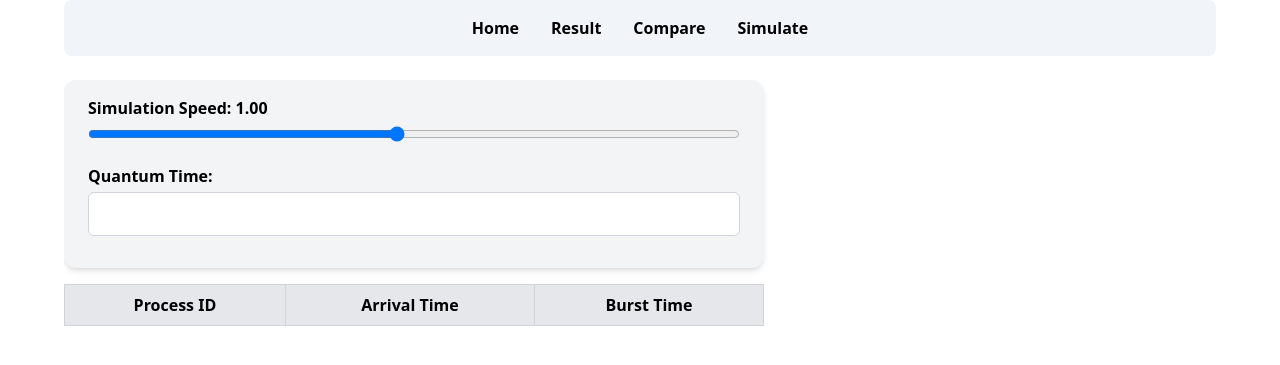
Repository: ujjwalkathait/Process_Scheduler
Page: /simulate
The author's editor kept a copy of each file at every save. The page is drawn from the files as they stood at one save, then again after a run of saves.
The browser window is 1280 px wide. The pictures show the whole page.
The project was rebuilt for these pictures with package versions that can differ from the ones it lists, and the page was loaded fresh each time. Also part of the build but not shown: vite.config.js, src/components/CompareAlgorithmsChart.jsx, src/components/GanttChart.jsx, src/components/GanttChartTable.jsx, src/helpers/ComputeStatistics.js, src/algorithms/FCFS.js, src/algorithms/SJF.js, src/algorithms/Priority.js and 15 more.

Above is the page before, as saved 2025-05-16 08:45:52.

After the next 2 saves:
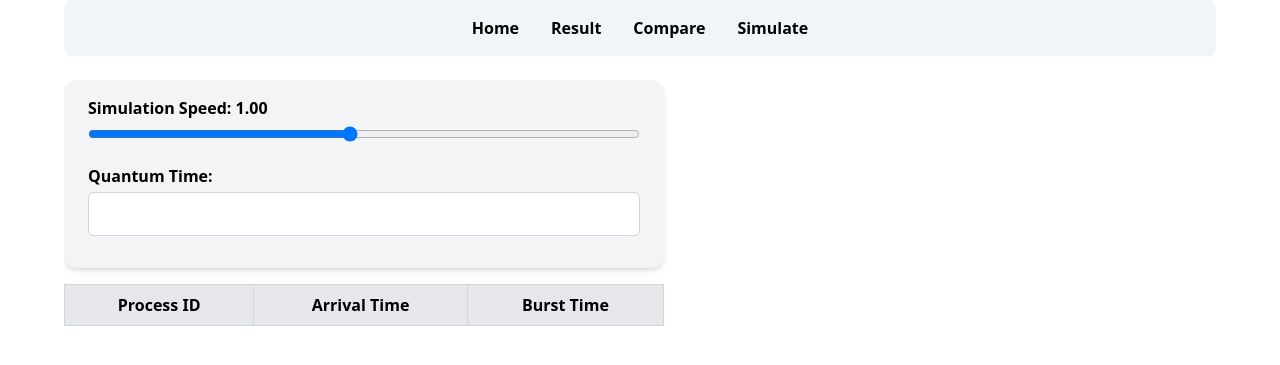
The 2 saves are shown as one change because they came seconds apart.
The last was saved 7 s later.
--- a/src/components/SimulationControls.jsx
+++ b/src/components/SimulationControls.jsx
@@ -12,7 +12,7 @@
 //   onExit,
 }) => {
   return (
-    <div className="bg-gray-100 w-[700px] px-6 py-4 rounded-xl shadow-md">
+    <div className="bg-gray-100 w-[600px] px-6 py-4 rounded-xl shadow-md">
 
       {/* Simulation Speed Slider */}
       <div className="mb-4">

After the save that followed:
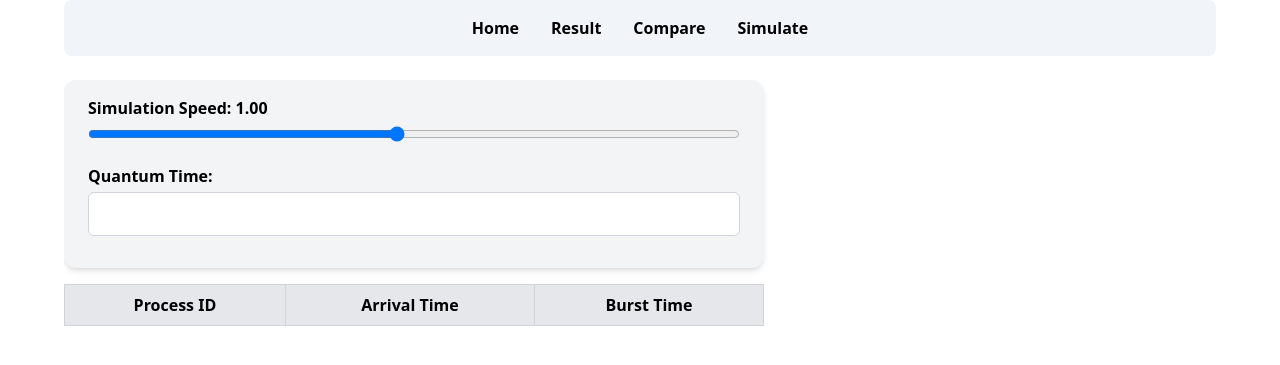
Saved 7 s later.
--- a/src/components/SimulationControls.jsx
+++ b/src/components/SimulationControls.jsx
@@ -12,7 +12,7 @@
 //   onExit,
 }) => {
   return (
-    <div className="bg-gray-100 w-[600px] px-6 py-4 rounded-xl shadow-md">
+    <div className="bg-gray-100 w-[700px] px-6 py-4 rounded-xl shadow-md">
 
       {/* Simulation Speed Slider */}
       <div className="mb-4">
